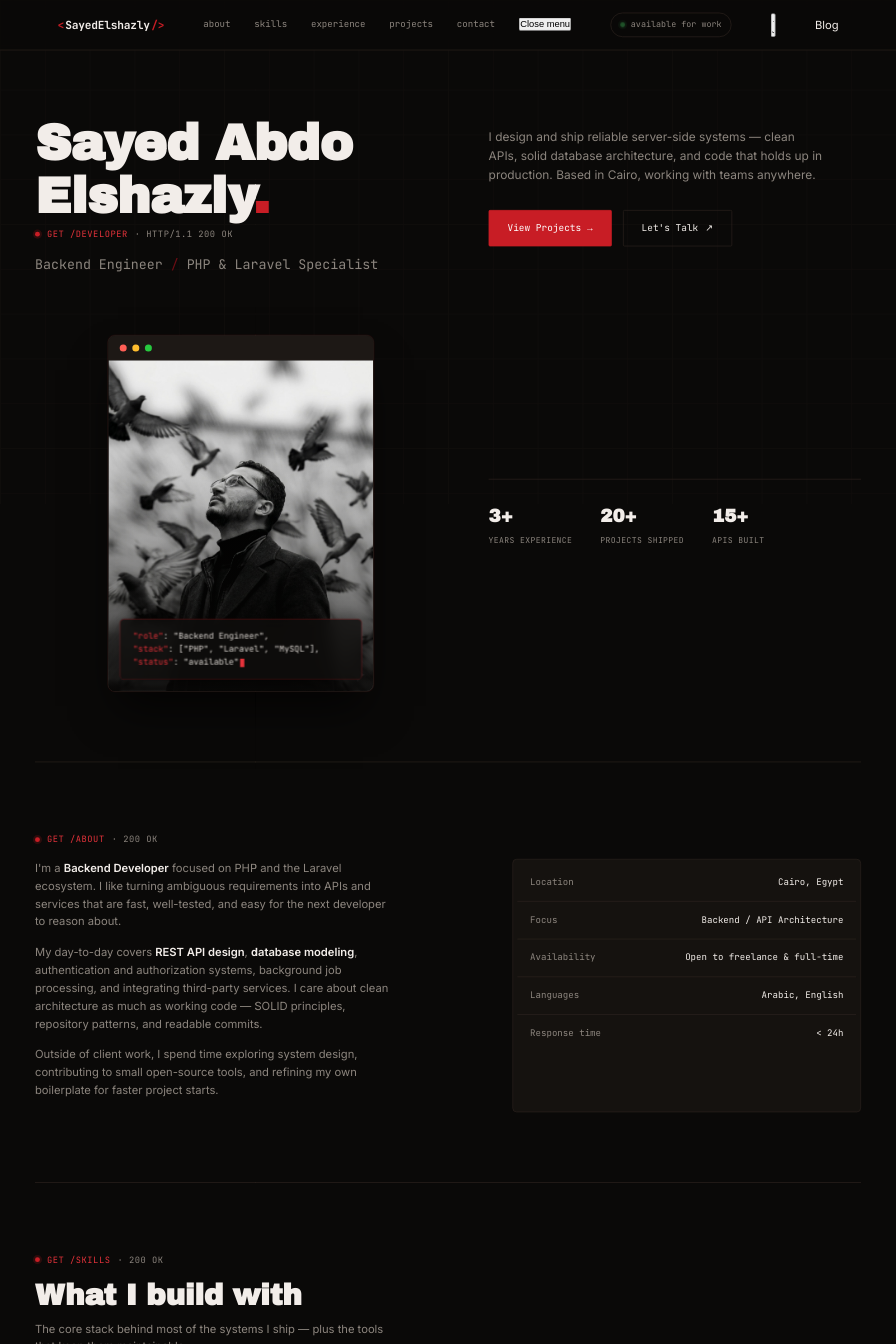
Repository: sayedelshazly/Portfolio.SE
Page: index.html
These files come from the project's save history. The page is drawn as it stood at one moment and after the next save; the edit follows.
The browser window is 1280 px wide. The pictures show the part of the page from y = 0 to 1920 px (the page is 5736 px tall), at 70% of full size.

Above is the page before, as saved 2026-10-09 23:17:22.

### index.html
<!DOCTYPE html>
<html lang="en">

<head>
  <meta charset="UTF-8">
  <meta name="viewport" content="width=device-width, initial-scale=1.0, viewport-fit=cover">
  <meta name="color-scheme" content="dark light">
  <title>Sayed Elshazly — Backend Engineer</title>
  <script>
    (() => {
      const systemPrefersLight = window.matchMedia('(prefers-color-scheme: light)').matches;
      try {
        const savedTheme = localStorage.getItem('portfolio-theme');
        document.documentElement.dataset.theme = savedTheme === 'light' || savedTheme === 'dark' ?
          savedTheme :
          (systemPrefersLight ? 'light' : 'dark');
      } catch {
        document.documentElement.dataset.theme = systemPrefersLight ? 'light' : 'dark';
      }
    })();
    document.documentElement.classList.add('is-loading');
    window.__pageLoadStartedAt = performance.now();
  </script>
  <link rel="preconnect" href="https://fonts.googleapis.com">
  <link rel="preconnect" href="https://fonts.gstatic.com" crossorigin>
  <link
    href="https://fonts.googleapis.com/css2?family=Archivo+Black&family=JetBrains+Mono:wght@400;500;600;700&family=Inter:wght@400;500;600;700;800&display=swap"
    rel="stylesheet">
  <link rel="stylesheet" href="style.css">
</head>

<body>

  <div class="preloader" id="preloader" role="status" aria-live="polite" aria-label="Loading website">
    <div class="loader-content">
      <span class="loader-mark"><span>&lt;</span>SE<span>/&gt;</span></span>
      <span class="loader-spinner" aria-hidden="true"></span>
      <span class="loader-text">Preparing your experience</span>
      <span class="loader-progress" aria-hidden="true"><span></span></span>
    </div>
  </div>

  <header>
    <div class="reading-progress" aria-hidden="true"><span id="readingProgress"></span></div>
    <nav>
      <a class="logo" href="#top" aria-label="Sayed Elshazly, back to top"><span
          class="br">&lt;</span>SayedElshazly<span class="br">/&gt;</span></a>
      <button class="nav-toggle" type="button" aria-expanded="false" aria-controls="site-navigation"
        aria-label="Open navigation">
        <span></span><span></span>
      </button>
      <ul class="nav-links" id="site-navigation">
        <li><a href="#about">about</a></li>
        <li><a href="#skills">skills</a></li>
        <li><a href="#experience">experience</a></li>
        <li><a href="#projects">projects</a></li>
        <li><a href="#contact">contact</a></li>
        <!-- <li><a href="./blog.html" target="_self">Blog</a></li> -->
        <li class="nav-close-item"><button class="nav-close" type="button">Close menu</button></li>
      </ul>
      <div class="status-pill"><span class="dot"></span><span class="label">available for work</span></div>
      <button class="theme-toggle" id="themeToggle" type="button" aria-label="Switch to light mode"
        title="Switch to light mode">
        <svg class="theme-icon-sun" viewBox="0 0 24 24" aria-hidden="true" focusable="false">
          <circle cx="12" cy="12" r="4"></circle>
          <path
            d="M12 2v2m0 16v2M4.93 4.93l1.42 1.42m11.3 11.3 1.42 1.42M2 12h2m16 0h2M4.93 19.07l1.42-1.42m11.3-11.3 1.42-1.42">
          </path>
        </svg>
        <svg class="theme-icon-moon" viewBox="0 0 24 24" aria-hidden="true" focusable="false">
          <path d="M20.2 15.1A8.5 8.5 0 0 1 8.9 3.8 8.6 8.6 0 1 0 20.2 15.1Z"></path>
        </svg>
      </button>
      <a href="./blog.html">Blog</a>
    </nav>
  </header>

  <main>

    <!-- ================= HERO ================= -->
    <section class="hero wrap" id="top">
      <div class="hero-intro">
        <h1>Sayed Abdo Elshazly<span class="accent">.</span></h1>
        <div class="eyebrow">GET /developer <span class="status">· HTTP/1.1 200 OK</span></div>
        <div class="role">Backend Engineer <span class="pipe">/</span> PHP &amp; Laravel Specialist</div>
      </div>

      <div class="hero-support">
        <p class="lede">I design and ship reliable server-side systems — clean APIs, solid database
          architecture, and code that holds up in production. Based in Cairo, working with teams
          anywhere.</p>
        <div class="btn-row">
          <a href="#projects" class="btn btn-primary">View Projects →</a>
          <a href="#contact" class="btn btn-ghost">Let's Talk <span aria-hidden="true">↗</span></a>
        </div>
      </div>

      <div class="term-card">
        <div class="term-bar">
          <span class="tdot"></span><span class="tdot"></span><span class="tdot"></span>
          <!-- <span class="tpath">~/portfolio/profile.jpg</span> -->
        </div>
        <div class="term-photo">
          <img src="./portrait2.jpeg" alt="Portrait of Sayed Elshazly, backend engineer">
          <div class="scan"></div>
          <div class="term-json">
            <span class="k">"role"</span>: <span class="s">"Backend Engineer"</span>,<br>
            <span class="k">"stack"</span>: <span class="s">["PHP", "Laravel", "MySQL"]</span>,<br>
            <span class="k">"status"</span>: <span class="s">"available"</span><span class="cursor"></span>
          </div>
        </div>
      </div>

      <div class="stat-row">
        <div class="stat"><b>3+</b><span>Years Experience</span></div>
        <div class="stat"><b>20+</b><span>Projects Shipped</span></div>
        <div class="stat"><b>15+</b><span>APIs Built</span></div>
      </div>
    </section>

    <!-- ================= ABOUT ================= -->
    <section class="about wrap" id="about">
      <div class="eyebrow">GET /about <span class="status">· 200 OK</span></div>
      <div class="about-grid">
        <div>
          <p>I'm a <b>Backend Developer</b> focused on PHP and the Laravel ecosystem. I like
            turning ambiguous requirements into APIs and services that are fast, well-tested,
            and easy for the next developer to reason about.</p>
          <p>My day-to-day covers <b>REST API design</b>, <b>database modeling</b>, authentication
            and authorization systems, background job processing, and integrating third-party
            services. I care about clean architecture as much as working code — SOLID principles,
            repository patterns, and readable commits.</p>
          <p>Outside of client work, I spend time exploring system design, contributing to small
            open-source tools, and refining my own boilerplate for faster project starts.</p>
        </div>
        <ul class="fact-list">
          <li><span>Location</span><span>Cairo, Egypt</span></li>
          <li><span>Focus</span><span>Backend / API Architecture</span></li>
          <li><span>Availability</span><span>Open to freelance &amp; full-time</span></li>
          <li><span>Languages</span><span>Arabic, English</span></li>
          <li><span>Response time</span><span>&lt; 24h</span></li>
        </ul>
      </div>
    </section>

    <!-- ================= SKILLS ================= -->
    <section class="skills wrap" id="skills">
      <div class="section-head">
        <div class="eyebrow">GET /skills <span class="status">· 200 OK</span></div>
        <h2>What I build with</h2>
        <p>The core stack behind most of the systems I ship — plus the tools that keep them
          maintainable.</p>
      </div>
      <div class="skill-groups">
        <div class="skill-card">
          <h3>Languages &amp; Frameworks</h3>
          <div class="tag-row">
            <span class="tag">PHP</span>
            <span class="tag">Laravel</span>
            <span class="tag">JavaScript</span>
            <span class="tag">Blade</span>
            <span class="tag">Livewire</span>
          </div>
        </div>
        <div class="skill-card">
          <h3>Data &amp; APIs</h3>
          <div class="tag-row">
            <span class="tag">MySQL</span>
            <span class="tag">PostgreSQL</span>
            <span class="tag">Redis</span>
            <span class="tag">REST APIs</span>
            <span class="tag">Eloquent ORM</span>
          </div>
        </div>
        <div class="skill-card">
          <h3>Tools &amp; Practices</h3>
          <div class="tag-row">
            <span class="tag">Git</span>
            <span class="tag">Docker</span>
            <span class="tag">Postman</span>
            <span class="tag">PHPUnit</span>
            <span class="tag">CI / CD</span>
          </div>
        </div>
      </div>
    </section>

    <!-- ================= EXPERIENCE ================= -->
    <section class="experience wrap" id="experience">
      <div class="section-head">
        <div class="eyebrow">GET /experience <span class="status">· 200 OK</span></div>
        <h2>Where I've worked</h2>
      </div>
      <div class="log">
        <div class="log-entry">
          <div class="log-head">
            <span class="log-hash">#a3f21c</span>
            <span class="log-date">2024 — Present</span>
          </div>
          <h3>Backend Developer <span>@ Company Name</span></h3>
          <ul>
            <li>Designed and maintained REST APIs for production applications</li>
            <li>Improved response times through query optimization and caching</li>
            <li>Contributed to Laravel service architecture and system migrations</li>
          </ul>
          <div class="tag-row"><span class="tag">Laravel</span><span class="tag">MySQL</span><span
              class="tag">Redis</span></div>
        </div>
        <div class="log-entry">
          <div class="log-head">
            <span class="log-hash">#7d19e0</span>
            <span class="log-date">2022 — 2024</span>
          </div>
          <h3>PHP Developer <span>@ Previous Company</span></h3>
          <ul>
            <li>Built internal tools to streamline team workflows</li>
            <li>Implemented authentication and role-based access control system</li>
            <li>Collaborated with frontend team to define API contracts and documentation</li>
          </ul>
          <div class="tag-row"><span class="tag">PHP</span><span class="tag">Laravel</span><span
              class="tag">Docker</span></div>
        </div>
        <div class="log-entry">
          <div class="log-head">
            <span class="log-hash">#e40b52</span>
            <span class="log-date">2021 — 2022</span>
          </div>
          <h3>Junior Web Developer <span>@ First Company</span></h3>
          <ul>
            <li>Developed and maintained features across client projects</li>
            <li>Learned production-grade Laravel practices and code review discipline</li>
          </ul>
          <div class="tag-row"><span class="tag">PHP</span><span class="tag">MySQL</span></div>
        </div>
      </div>
    </section>

    <!-- ================= PROJECTS ================= -->
    <section class="projects wrap" id="projects">
      <div class="section-head">
        <div class="eyebrow">GET /projects <span class="status">· 200 OK</span></div>
        <h2>Selected work</h2>
        <p>A handful of systems and APIs I've designed end-to-end, from schema to deployment.</p>
      </div>
      <div class="project-grid">

        <div class="project-card">
          <figure class="project-visual">
            <img src="./assets/inventory-preview.svg" alt="Illustrative inventory dashboard preview" loading="lazy"
              decoding="async">
          </figure>
          <div class="pc-top">
            <span class="method get">GET</span>
            <span class="route">/projects/inventory-api</span>
            <span class="status-code">200 OK</span>
          </div>
          <div class="pc-body">
            <h3>Project Name — Inventory API</h3>
            <p>A Laravel inventory and order management API with stock tracking across warehouse locations.</p>
            <div class="tag-row" style="margin-bottom:18px;">
              <span class="tag">Laravel</span><span class="tag">MySQL</span><span class="tag">Redis</span>
            </div>
            <div class="pc-links">
              <a href="#">Live ↗</a>
              <a href="#">GitHub ↗</a>
            </div>
          </div>
        </div>

        <div class="project-card">
          <figure class="project-visual">
            <img src="./assets/booking-preview.svg" alt="Illustrative booking calendar preview" loading="lazy"
              decoding="async">
          </figure>
          <div class="pc-top">
            <span class="method post">POST</span>
            <span class="route">/projects/booking-system</span>
            <span class="status-code">201 Created</span>
          </div>
          <div class="pc-body">
            <h3>Project Name — Booking System</h3>
            <p>End-to-end reservation platform with conflict-free scheduling logic, payment
              integration, and an admin dashboard for operators.</p>
            <div class="tag-row" style="margin-bottom:18px;">
              <span class="tag">Laravel</span><span class="tag">Livewire</span><span class="tag">PostgreSQL</span>
            </div>
            <div class="pc-links">
              <a href="#">Live ↗</a>
              <a href="#">GitHub ↗</a>
            </div>
          </div>
        </div>

        <div class="project-card">
          <figure class="project-visual">
            <img src="./assets/analytics-preview.svg" alt="Illustrative analytics dashboard preview" loading="lazy"
              decoding="async">
          </figure>
          <div class="pc-top">
            <span class="method get">GET</span>
            <span class="route">/projects/analytics-service</span>
            <span class="status-code">200 OK</span>
          </div>
          <div class="pc-body">
            <h3>Project Name — Analytics Service</h3>
            <p>An internal reporting API that aggregates events with scheduled jobs and exportable CSV/PDF reports.</p>
            <div class="tag-row" style="margin-bottom:18px;">
              <span class="tag">PHP</span><span class="tag">MySQL</span><span class="tag">Queues</span>
            </div>
            <div class="pc-links">
              <a href="#">Live ↗</a>
              <a href="#">GitHub ↗</a>
            </div>
          </div>
        </div>

        <div class="project-card">
          <figure class="project-visual">
            <img src="./assets/auth-preview.svg" alt="Illustrative authentication service preview" loading="lazy"
              decoding="async">
          </figure>
          <div class="pc-top">
            <span class="method put">PUT</span>
            <span class="route">/projects/auth-service</span>
            <span class="status-code">200 OK</span>
          </div>
          <div class="pc-body">
            <h3>Project Name — Auth Microservice</h3>
            <p>Standalone authentication service with JWT, role-based permissions, and
              rate-limited endpoints for secure client applications.</p>
            <div class="tag-row" style="margin-bottom:18px;">
              <span class="tag">Laravel Sanctum</span><span class="tag">Redis</span><span class="tag">Docker</span>
            </div>
            <div class="pc-links">
              <a href="#">Live ↗</a>
              <a href="#">GitHub ↗</a>
            </div>
          </div>
        </div>

      </div>
    </section>

    <!-- ================= CONTACT ================= -->
    <section class="contact wrap" id="contact">
      <div class="eyebrow">POST /contact <span class="status">· awaiting request body</span></div>
      <div class="contact-grid">
        <div class="contact-info">
          <h2 style="font-size:30px;margin-bottom:16px;">Let's build something.</h2>
          <p>Have a backend project, an API that needs shipping, or a team that needs a
            Laravel developer? Send a message — I read everything myself.</p>
          <ul class="contact-channels">
            <li><span>Email</span><a href="mailto:you@example.com">you@example.com</a></li>
            <li><span>GitHub</span><a href="#">github.com/yourname</a></li>
            <li><span>LinkedIn</span><a href="#">linkedin.com/in/yourname</a></li>
            <li><span>Phone</span><a href="#">+20 1xx xxx xxxx</a></li>
          </ul>
        </div>
        <div>
          <form id="contactForm">
            <div>
              <label for="fname">Name</label>
              <input type="text" id="fname" name="name" placeholder="Your name" required>
            </div>
            <div>
              <label for="femail">Email</label>
              <input type="email" id="femail" name="email" placeholder="you@example.com" required>
            </div>
            <div>
              <label for="fmsg">Message</label>
              <textarea id="fmsg" name="message" placeholder="Tell me about the project..." required></textarea>
            </div>
            <div class="json-preview" id="jsonPreview">{
              <span class="k">"name"</span>: <span class="v">""</span>,
              <span class="k">"email"</span>: <span class="v">""</span>,
              <span class="k">"message"</span>: <span class="v">""</span>
              }</div>
            <button type="submit" class="btn btn-primary"
              style="justify-content:center;border:none;cursor:pointer;">Send Request →</button>
          </form>
        </div>
      </div>
    </section>

  </main>

  <footer>
    <div class="wrap">
      <span>© 2026 SE. All rights reserved.</span>
      <span><a href="#top">↑ back to top</a></span>
    </div>
  </footer>

  <a class="back-to-top" href="#top" aria-label="Back to top">↑</a>

  <script src="main.js"></script>

</body>

</html>

Loaded but not shown: main.js (76 lines, source omitted); style.css (2091 lines, source omitted)

After the next save:
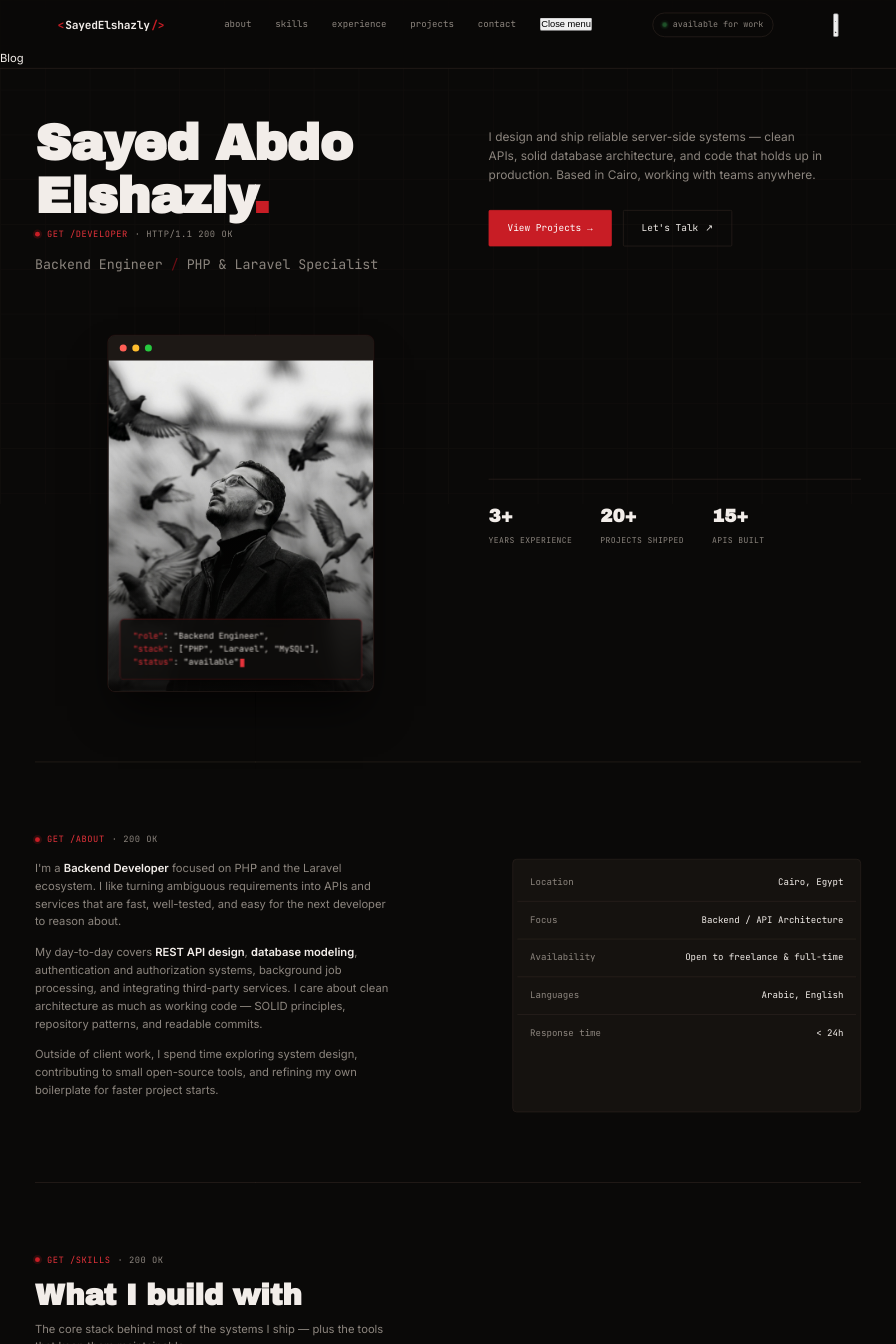
Saved 17 s later.
--- a/index.html
+++ b/index.html
@@ -71,8 +71,8 @@
           <path d="M20.2 15.1A8.5 8.5 0 0 1 8.9 3.8 8.6 8.6 0 1 0 20.2 15.1Z"></path>
         </svg>
       </button>
-      <a href="./blog.html">Blog</a>
     </nav>
+    <a href="./blog.html">Blog</a>
   </header>
 
   <main>
